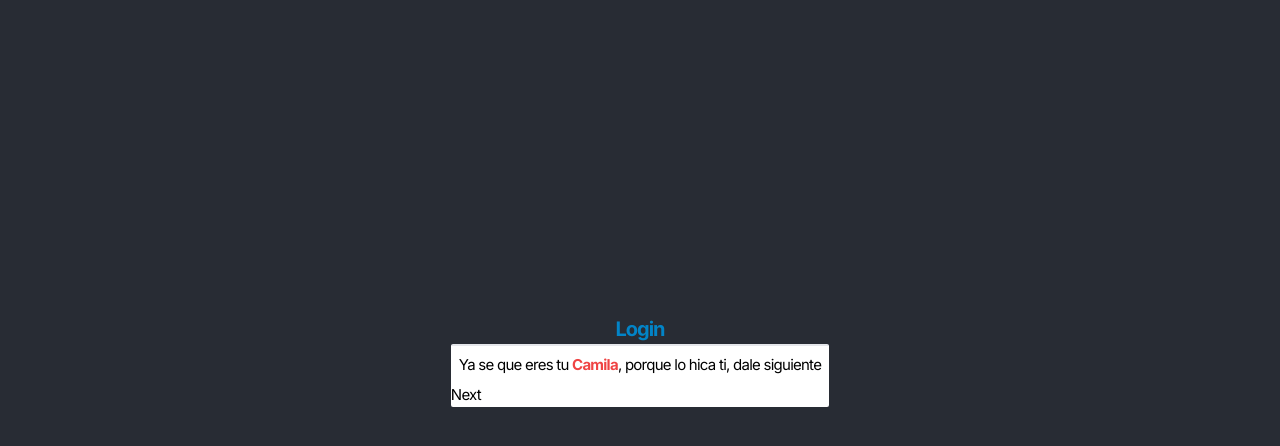
Repository: devsecops-node/simple-play
Page: /, after clicking the first element matching `#name`
These files come from the project's save history. The page is drawn as it stood at one moment and after a run of saves; the edit follows.
The browser window is 1280 px wide. The pictures show the whole page.
The project was rebuilt for these pictures with package versions that can differ from the ones it lists, and the page was loaded fresh each time. The framework's server and built-in components were replaced by stand-ins that run in the browser. Also part of the build but not shown: next.config.mjs.

Above is the page before, as saved 2024-06-21 16:43:29.

After the next 2 saves:
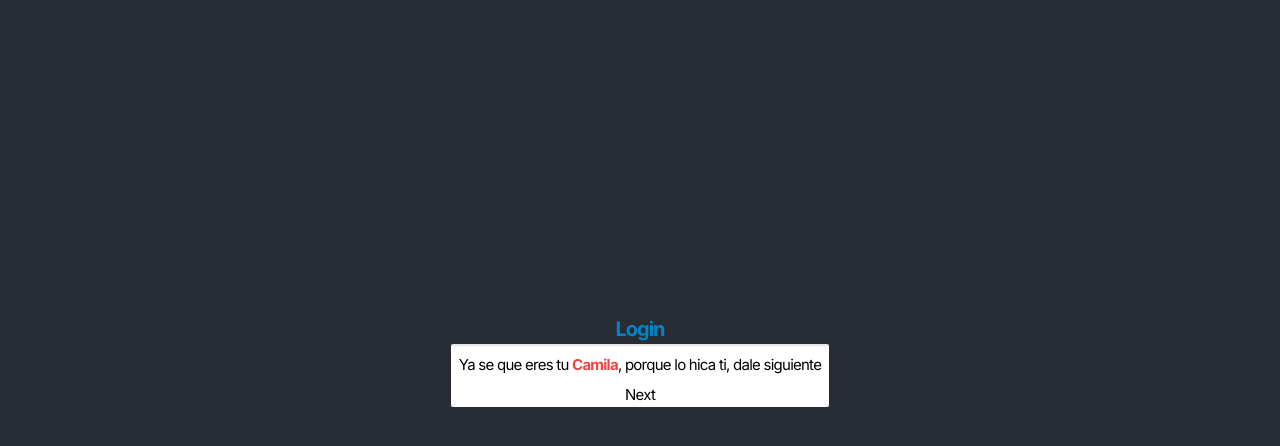
The 2 saves are shown as one change because they came seconds apart.
The last was saved 21 s later.
--- a/src/app/_components/RecomendationsSearch.tsx
+++ b/src/app/_components/RecomendationsSearch.tsx
@@ -15,7 +15,7 @@ const RecomendationsSearch = ({ retrieveData }: { retrieveData: (data: Recomenda
   }
 
   return (
-    <div className='transition-all  duration-150 bg-white rounded-sm border-t-2 text-black text-[15px] tracking-tighter'>
+    <div className='transition-all flex flex-col  duration-150 bg-white rounded-sm border-t-2 text-black text-[15px] tracking-tighter'>
       {/* {
         recomendations.map((rec) => (
           <p
